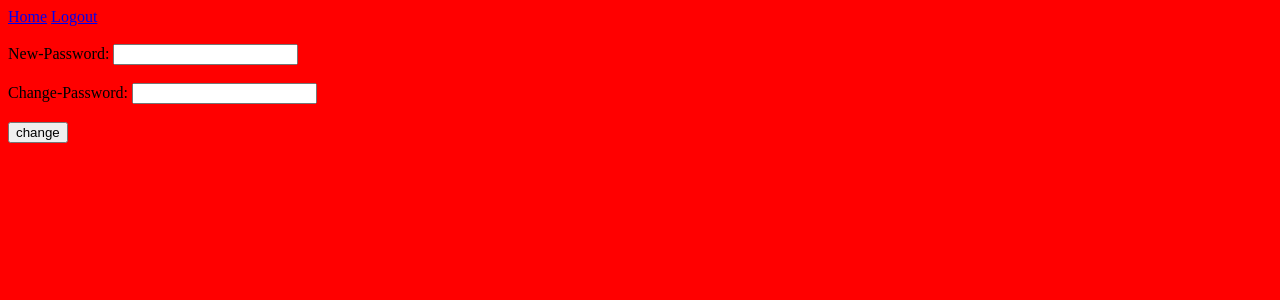
Repository: pawankumarsharm/UST_JDBC_SERVLET
Page: jdbc/empwebapp/WebContent/changepassword.html
These files come from the project's save history. The page is drawn as it stood at one moment and after the next save; the edit follows.
The browser window is 1280 px wide. The pictures show the whole page.

Above is the page before, as saved 2019-11-15 09:12:12.

### jdbc/empwebapp/WebContent/changepassword.html
<!DOCTYPE html>
<html>
<head>
<meta charset="ISO-8859-1">
<title>Insert title here</title>
</head>
<body bgcolor="red">
<form action="">
		<a href="#" style="align-left">Home</a>  <a href="#" style="align-right">Logout</a><br><br>
		New-Password: <input name="password" type="text"><br><br>
		Change-Password: <input type="text" name="confirmpassword"><br><br>
		<input type="submit" value ="change"><br>
	</form>

</body>
</html>

After the next save:
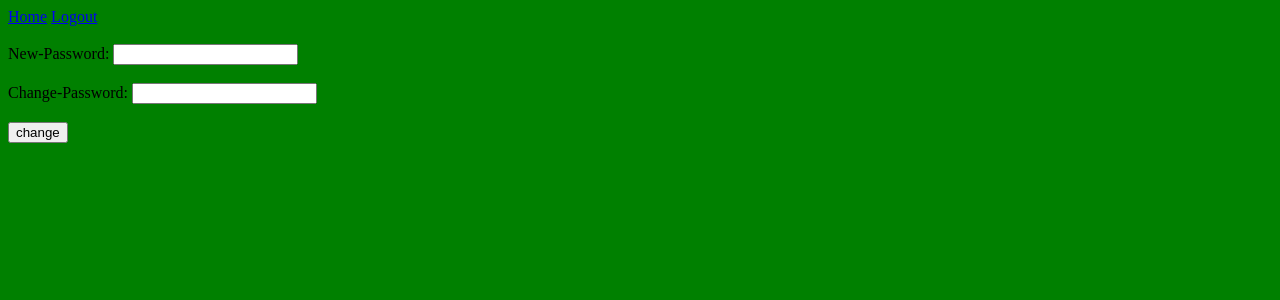
Saved 2 min 1 s later.
--- a/jdbc/empwebapp/WebContent/changepassword.html
+++ b/jdbc/empwebapp/WebContent/changepassword.html
@@ -4,7 +4,7 @@
 <meta charset="ISO-8859-1">
 <title>Insert title here</title>
 </head>
-<body bgcolor="red">
+<body bgcolor="green">
 <form action="">
 		<a href="#" style="align-left">Home</a>  <a href="#" style="align-right">Logout</a><br><br>
 		New-Password: <input name="password" type="text"><br><br>
